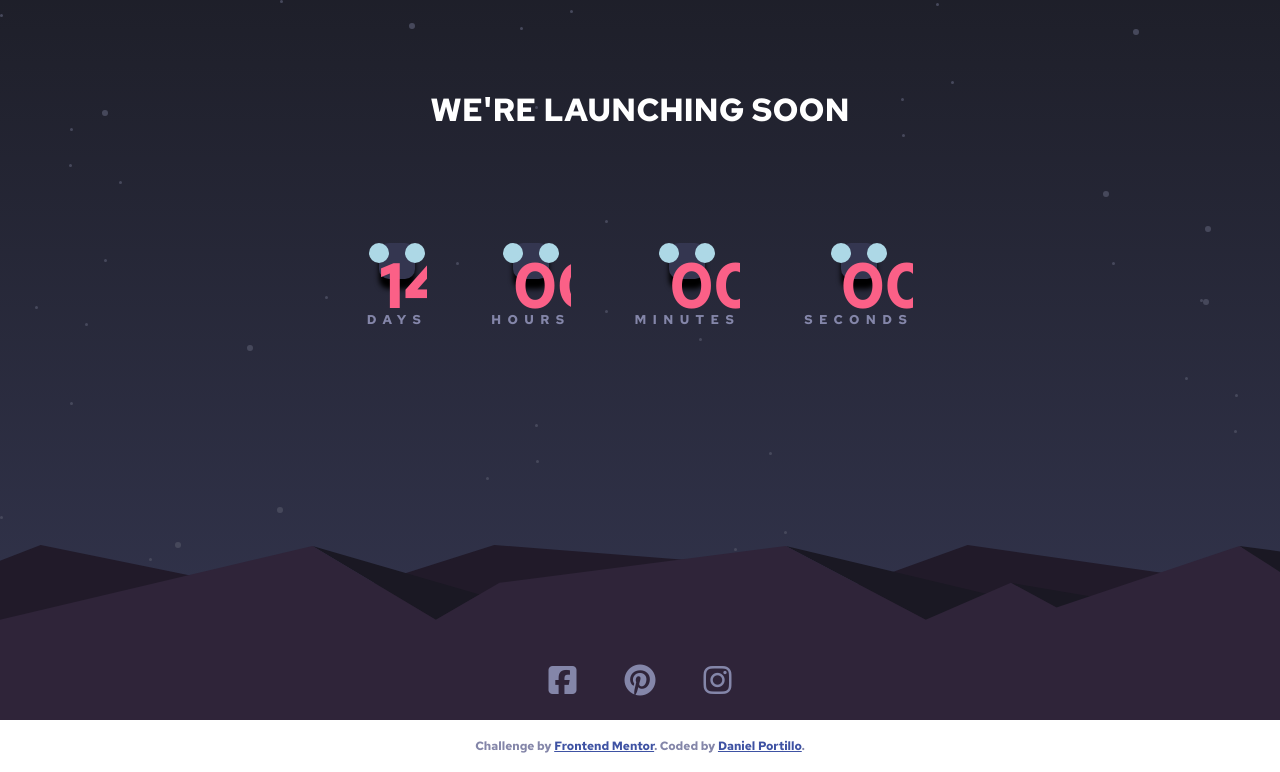
Repository: dportillo23/launch-countdown-timer-main
Page: index.html
The author's editor kept a copy of each file at every save. The page is drawn from the files as they stood at one save, then again after the next save.
The browser window is 1280 px wide. The pictures show the whole page.
Some web libraries are served in a nearby version. The style sheet was rebuilt from its Sass, Less or Tailwind sources for each picture, by a compiler version that may differ from the author's.

Above is the page before, as saved 2021-07-02 11:32:06.

After the next save:
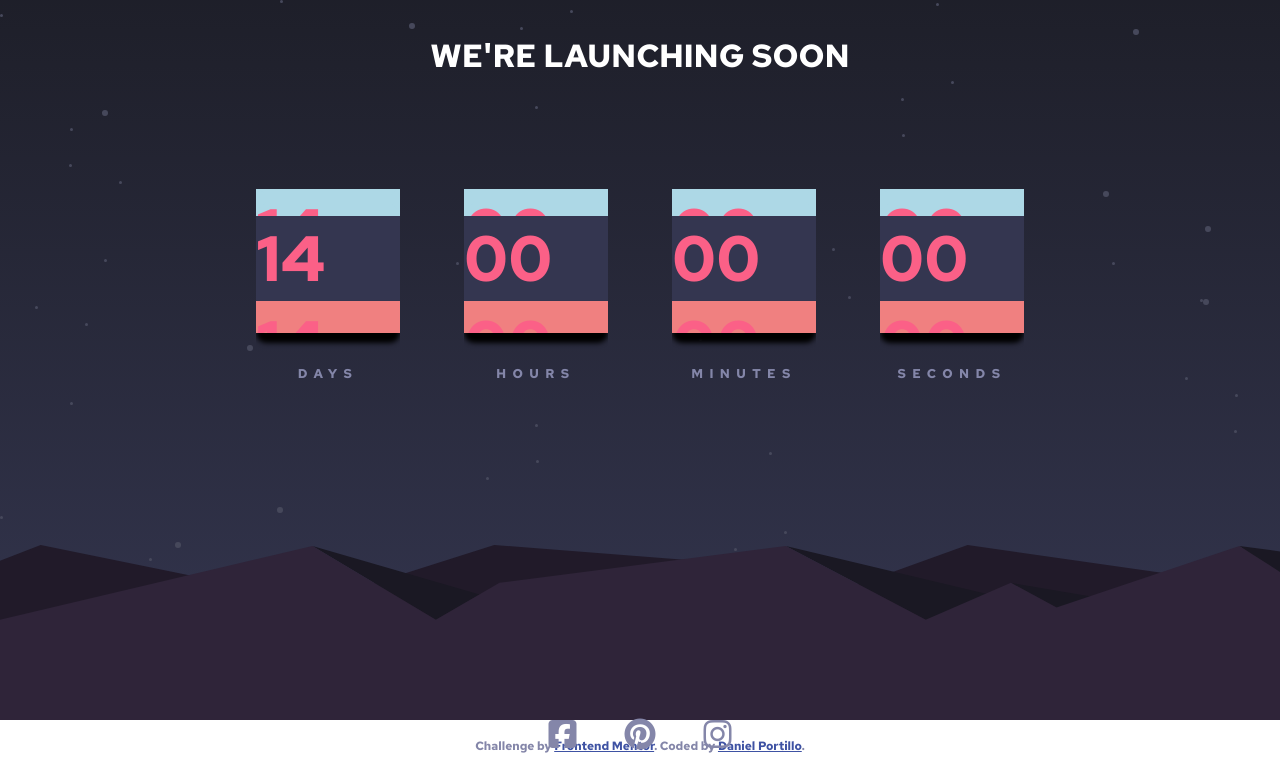
Saved 8 s later.
--- a/style.scss
+++ b/style.scss
@@ -73,6 +73,7 @@ body {
     position: relative;
     transition: all 0.5s ease;
     color: $col-red;
+    font-size: 4rem;
 
     .card--title {
 font-size: 4rem;
